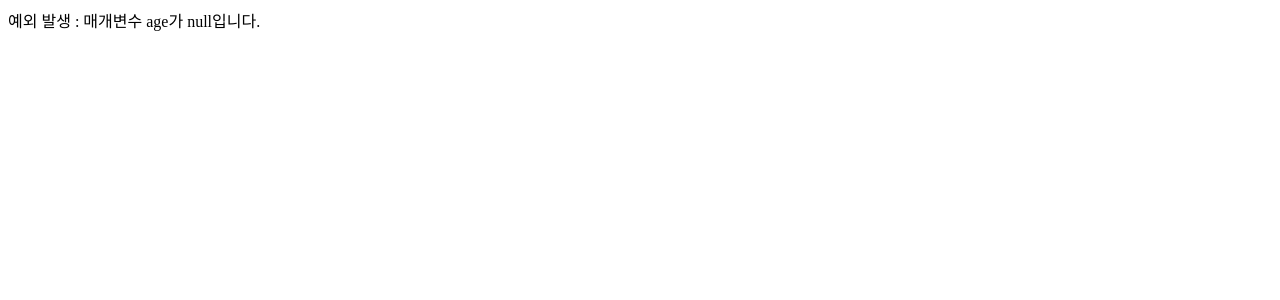
Repository: jungwoonAn/jsp_basic
Page: http://localhost/MustHaveJSP/01_directive/ErrorTryCatch.jsp
These files come from the project's save history. The page is drawn as it stood at one moment and after the next save; the edit follows.
The browser window is 1280 px wide. The pictures show the whole page.
The page is served by Tomcat 10. Other server files are loaded and not shown.

Above is the page before, as saved 2024-10-16 06:47:52.

### MustHaveJSP/src/main/webapp/01_directive/ErrorTryCatch.jsp
<%@ page language="java" contentType="text/html; charset=UTF-8"
    pageEncoding="UTF-8"%>
<!DOCTYPE html>
<html>
<head>
<meta charset="UTF-8">
<title>page 지시어 - errorPage, isErrorPage 속성</title>
</head>
<body>
	<%
		try{ // 예외 발생 부분을 try/catch로 감쌉니다.
			int myAge = Integer.parseInt(request.getParameter("age")) + 10;
			out.println("10년 후 당신의 나이는 "+ myAge +"입니다.");
		}catch (Exception e){
			out.println("예외 발생 : 매개변수 age가 null입니다.");
		}
	%>

</body>
</html>

After the next save:
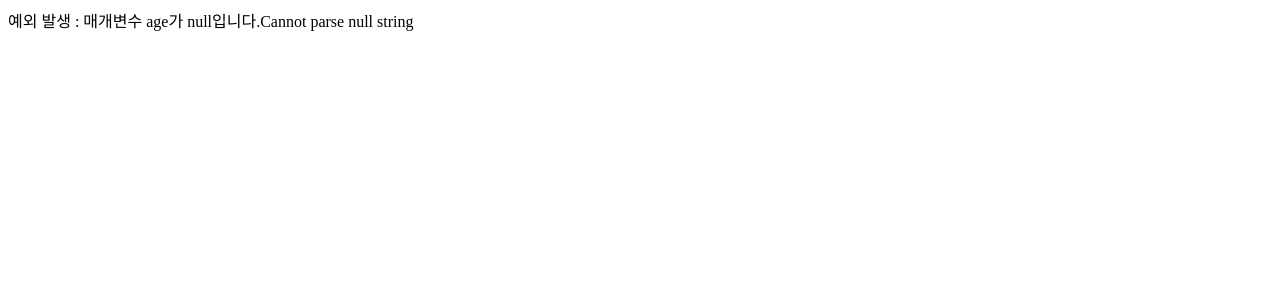
Saved 14 min 17 s later.
--- a/MustHaveJSP/src/main/webapp/01_directive/ErrorTryCatch.jsp
+++ b/MustHaveJSP/src/main/webapp/01_directive/ErrorTryCatch.jsp
@@ -12,7 +12,7 @@
 			int myAge = Integer.parseInt(request.getParameter("age")) + 10;
 			out.println("10년 후 당신의 나이는 "+ myAge +"입니다.");
 		}catch (Exception e){
-			out.println("예외 발생 : 매개변수 age가 null입니다.");
+			out.println("예외 발생 : 매개변수 age가 null입니다." + e.getMessage());
 		}
 	%>
 
